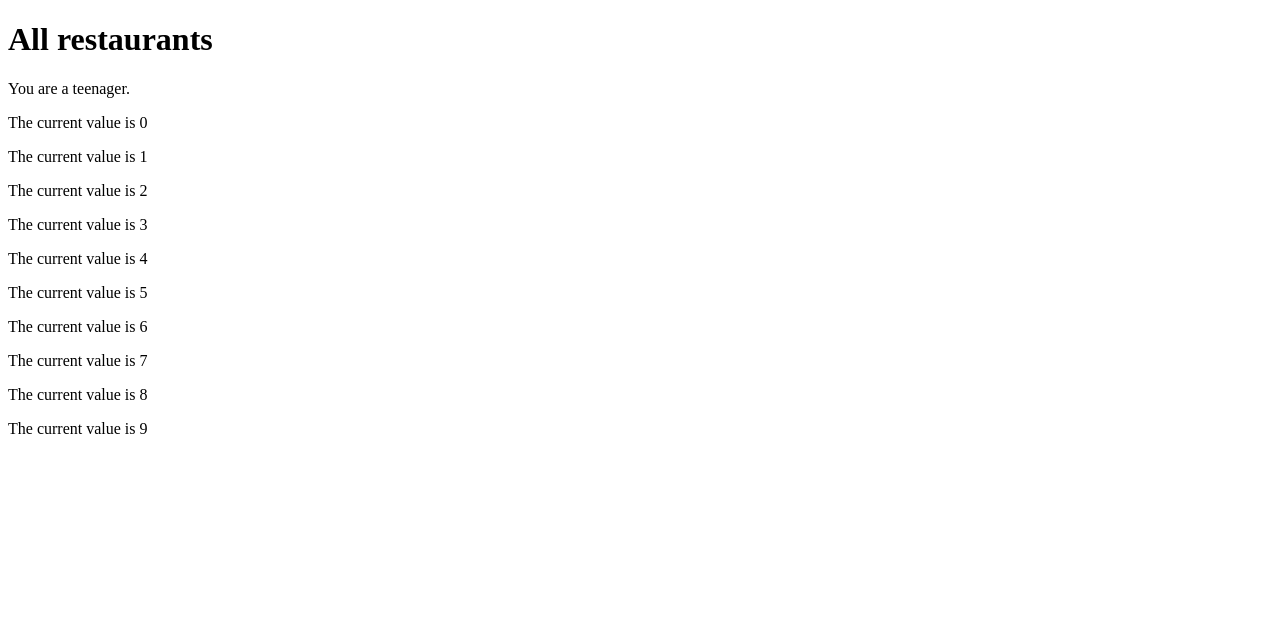
Repository: Dj3y/laravel
Page: http://localhost/restaurants
These files come from the project's save history. The page is drawn as it stood at one moment and after the next save; the edit follows.
The browser window is 1280 px wide. The pictures show the whole page.
The page is served by the project's Laravel application, run on PHP 8.4 with Laravel 12. Queries for data that is not in the repository find no rows.

Above is the page before, as saved 2024-09-23 15:57:51.

After the next save:
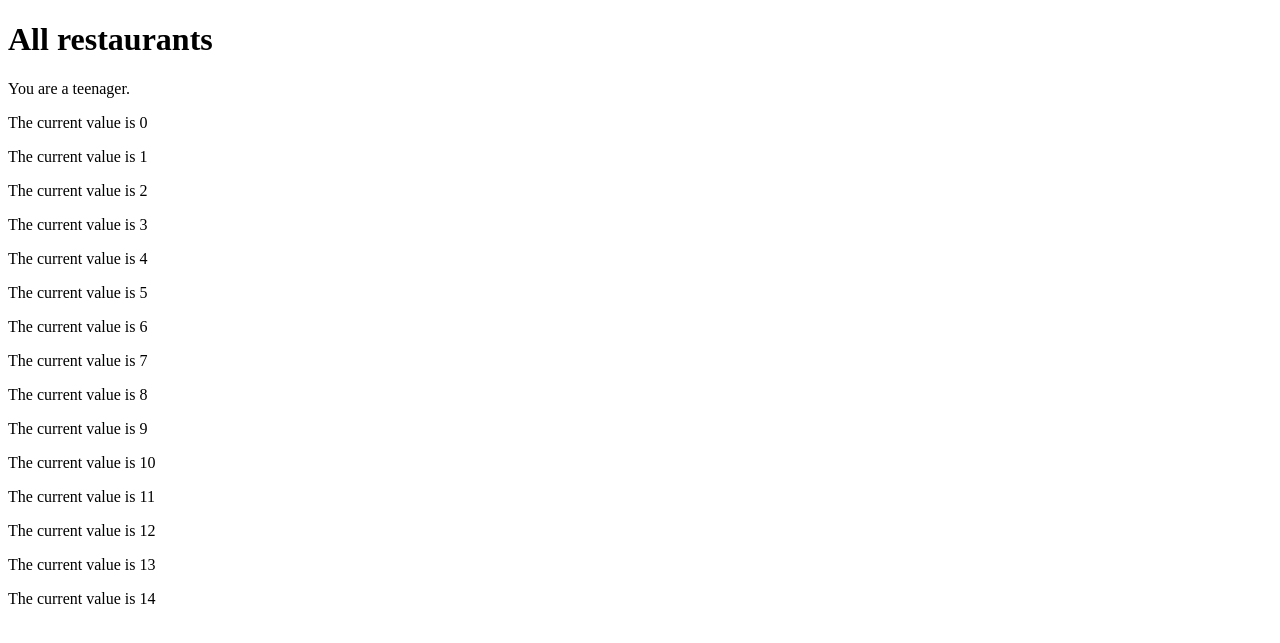
Saved 11 s later.
--- a/resources/views/restaurants/index.blade.php
+++ b/resources/views/restaurants/index.blade.php
@@ -8,7 +8,7 @@
 <body>
     <h1>All restaurants</h1>
     @php $age = 15;
-    $a = 10 @endphp
+    $a = 15 @endphp
     @if($age >= 18)
     <p>You are an adult.</p>
     @else
